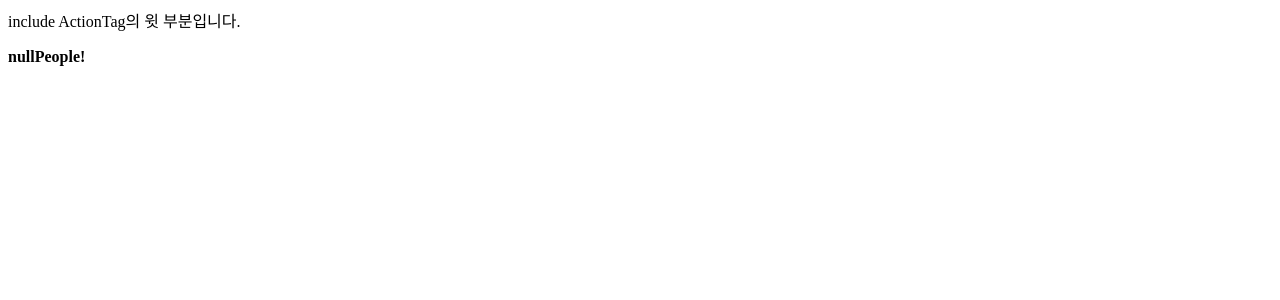
Repository: Ryustam/JSP
Page: http://localhost/jsp_actiontag/includeTagTop1.jsp
The author's editor kept a copy of each file at every save. The page is drawn from the files as they stood at one save, then again after the next save.
The browser window is 1280 px wide. The pictures show the whole page.
The page is served by Tomcat 9.

Above is the page before, as saved 2021-11-03 07:14:34.

After the next save:
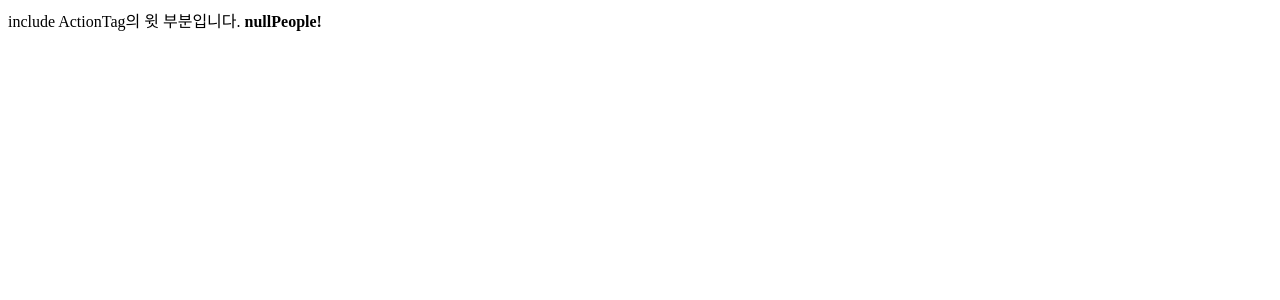
Saved 23 s later.
--- a/jsp_actiontag/src/main/webapp/includeTagTop1.jsp
+++ b/jsp_actiontag/src/main/webapp/includeTagTop1.jsp
@@ -1,7 +1,7 @@
 <%@ page language="java" contentType="text/html; charset=EUC-KR"
     pageEncoding="EUC-KR"%>
 <% String name=request.getParameter("name");%>
-<p>include ActionTag의 윗 부분입니다.</p>
+include ActionTag의 윗 부분입니다.
 <b><%=name %>People!</b>
 <!DOCTYPE html>
 <html>
